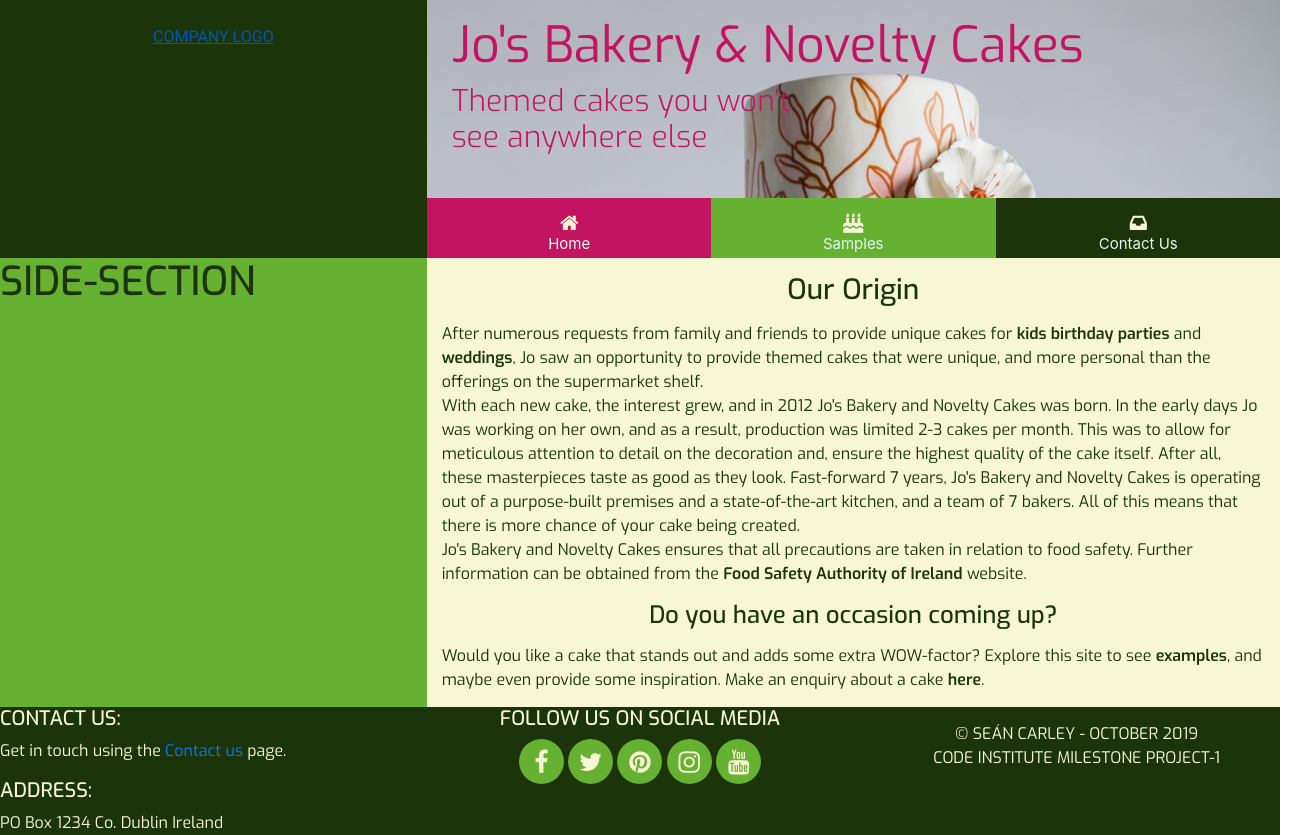
Repository: seanjcarley/Milestone1
Page: index.html
The author's editor kept a record of every edit. The page is drawn from the files as they stood at one moment, then again after the next edit.
The browser window is 1280 px wide. The page is 1295 px wide, so the pictures cover 1295 px, including what lies to the right of the window. The pictures show the whole page.

Above is the page before.

### index.html
<!DOCTYPE html>
<html lang="en">

<head>
    <meta charset="UTF-8">
    <meta name="viewport" content="width=device-width, initial-scale=1.0">
    <meta http-equiv="X-UA-Compatible" content="ie=edge">
    <link rel="stylesheet" href="https://stackpath.bootstrapcdn.com/bootstrap/4.3.1/css/bootstrap.min.css" type="text/css" />
    <link rel="stylesheet" href="https://stackpath.bootstrapcdn.com/font-awesome/4.7.0/css/font-awesome.min.css" type="text/css">
    <link rel="stylesheet" href="https://cdnjs.cloudflare.com/ajax/libs/hover.css/2.3.1/css/hover-min.css" type="text/css">
    <link rel="stylesheet" href="css/style.css">
    <title>Jo's Bakery and Novelty Cakes</title>
</head>

<body>
    <header>
        <div class="row no-gutters">
            <a href="#" class="col-md-4 logo">COMPANY LOGO</a>
            <div class="col-md-8 cake-image">
                <div class="row no-gutters">
                    <div class="col page-header">
                        <h1 class="name caps">Jo's Bakery & Novelty Cakes</h1>
                        <h2 class="tag-line caps">Themed cakes you won’t<br/>see anywhere else</h2>
                    </div>
                </div>
                <div class="row no-gutters">
                    <div class="col">
                        <ul id="nav" class="list-inline menucontainer">
                            <li class="col col-sm-4 menu-item-color-home list-inline-item menuitem">
                                <a class="hvr-sweep-to-right" href="index.html"><i class="fa fa-home" aria-hidden="true"></i><span>Home</span></a>
                            </li>
                            <li class="col col-sm-4 menu-item-color-samples list-inline-item menuitem">
                                <a class="hvr-sweep-to-right" href="showcase.html"><i class="fa fa-birthday-cake" aria-hidden="true"></i><span>Samples</span></a>
                            </li>
                            <li class="col col-sm-4 menu-item-color-contact list-inline-item menuitem">
                                <a class="hvr-sweep-to-right" href="contact.html"><i class="fa fa-inbox" aria-hidden="true"></i><span>Contact Us</span></a>
                            </li>
                        </ul>
                    </div>
                </div>
            </div>
        </div>
    </header>
    <section class="section-color">
        <div class="row no-gutters">
            <div class="col-md-4 side-section desktop">
                <h1>SIDE-SECTION</h1>
            </div>
            <div class="col-md-8 main-section">
                <!--<h1>MAIN-SECTION</h1>-->
                <h3 class="origin">Our Origin</h3>
                <p class="section-txt">
                    After numerous requests from family and friends to provide
                    unique cakes for <a href="#"><span class="bold">kids
                    birthday parties</span></a> and <a href="#"><span class="bold">weddings</span></a>,
                    Jo saw an opportunity to provide themed
                    cakes that were unique, and more personal than the offerings
                    on the supermarket shelf.
                    <br/> With each new cake, the interest grew, and in 2012 Jo's
                    Bakery and Novelty Cakes was born. In the early days Jo was
                    working on her own, and as a result, production was limited
                    2-3 cakes per month. This was to allow for meticulous
                    attention to detail on the decoration and, ensure the highest
                    quality of the cake itself. After all, these masterpieces
                    taste as good as they look. Fast-forward 7 years, Jo's Bakery
                    and Novelty Cakes is operating out of a purpose-built
                    premises and a state-of-the-art kitchen, and a team of 7 bakers.
                    All of this means that there is more chance of your cake being
                    created.
                    <br/> Jo's Bakery and Novelty Cakes ensures that all
                    precautions are taken in relation to food safety. Further
                    information can be obtained from the
                    <a href="https://www.fsai.ie/" target="_blank"><span class="bold">Food Safety Authority of Ireland</span></a> website.
                </p>
                <h4 class="question">Do you have an occasion coming up?</h4>
                <p class="section-txt">
                    Would you like a cake that stands out and adds some extra
                    WOW-factor? Explore this site to see <a href="#"><span class="bold">examples</span></a>,
                    and maybe even provide some inspiration. Make an enquiry about a cake <a href="#"><span class="bold">here</span></a>.
                </p>
            </div>
            <!--<div class="col-md-3 side-section desktop">
                <h1>SIDE-SECTION</h1>
            </div>-->
        </div>
    </section>
    <footer class="footer-color">
        <div class="row">
            <div class="col-md-4">
                <!--<h1>FOOTER1</h1>-->
                <h5 class="uppercase">Contact us: </h5>
                <p class="footer-text">Get in touch using the <a href="contact.html">Contact us</a> page.</p>
                <h5 class="uppercase">Address: </h5>
                PO Box 1234
                Co. Dublin
                Ireland
            </div>
            <div class="col-md-4 social">
                <!--<h1>FOOTER2</h1>-->
                <h5 class="uppercase">Follow us on Social Media</h5>
                <ul class="list-inline social-icons">
                    <li class="list-inline-item socialitem">
                        <a target="_blank" href="#">
                            <i class="fa fa-facebook" aria-hidden="true"></i>
                            <span class="sr-only">Facebook</span> <!-- This will be read by a screen reader. It does not show on the page -->
                        </a>
                    </li>
                    <li class="list-inline-item socialitem">
                        <a target="_blank" href="#">
                            <i class="fa fa-twitter" aria-hidden="true"></i>
                            <span class="sr-only">Twitter</span> <!-- This will be read by a screen reader. It does not show on the page -->
                        </a>
                    </li>
                    <!--<li class="list-inline-item socialitem">
                        <a target="_blank" href="#">
                            <i class="fa fa-linkedin" aria-hidden="true"></i>
                            <span class="sr-only">LinkedIn</span>
                        </a>
                    </li>-->
                    <li class="list-inline-item socialitem">
                        <a target="_blank" href="#">
                            <i class="fa fa-pinterest" aria-hidden="true"></i>
                            <span class="sr-only">Pinterest</span> <!-- This will be read by a screen reader. It does not show on the page -->
                        </a>
                    </li>
                    <li class="list-inline-item socialitem">
                        <a target="_blank" href="#">
                            <i class="fa fa-instagram" aria-hidden="true"></i>
                            <span class="sr-only">Instagram</span> <!-- This will be read by a screen reader. It does not show on the page -->
                        </a>
                    </li>
                    <li class="list-inline-item socialitem">
                        <a target="_blank" href="#">
                            <i class="fa fa-youtube" aria-hidden="true"></i>
                            <span class="sr-only">YouTube</span> <!-- This will be read by a screen reader. It does not show on the page -->
                        </a>
                    </li>
                </ul>
            </div>
            <div class="col-md-4 copyrite uppercase">
                <!--<h1>FOOTER3</h1>-->
                &copy; Seán Carley - October 2019
                <br/> Code Institute Milestone Project-1
            </div>
        </div>
    </footer>
</body>

</html>

### css/style.css
@import url('https://fonts.googleapis.com/css?family=Roboto:100,200,300,400,500,600,700|Exo:100,200,300,400,500,600,700');

/*----------------------------------------------------------------------------*/
/* Colours */
/*----------------------------------------------------------------------------*/

.menu-item-color-home {
    background-color: #C21460;
    color: #F7F7D4;
}

.menu-item-color-samples {
    background-color: #66B032;
    color: #F7F7D4;
}

.menu-item-color-contact {
    background-color: #1B3409;
    color: #F7F7D4;
}

.section-color {
    background-color: #F7F7D4;
    color: #1B3409;
}

.side-section {
    background-color: #66B032;
}

.footer-color {
    background-color: #1B3409;
    color: #F7F7D4;
}

/*----------------------------------------------------------------------------*/
/* Body */
/*----------------------------------------------------------------------------*/

body {
    margin: 0;
    min-height: 100%;
}

/*----------------------------------------------------------------------------*/
/* Header */
/*----------------------------------------------------------------------------*/

header {
    margin: 20;
    background-color: #fefe33;
}

.cake-image {
    background: url("../images/980x1123Slider_0004_Slider_2_Left.jpg");
    background-size: cover;
}

.page-header {
    margin-top: 15px;
    margin-bottom: 35px;
}

.name {
    font-family: "Exo", sans-serif;
    font-weight: 400;
    font-size: 50px;
    margin-left: 25px;
    color: #C21460;
}

.tag-line {
    font-family: "Exo", sans-serif;
    font-weight: 300;
    font-size: 30px;
    margin-left: 25px;
    color: #C21460;
    /*color: #66B032;*/
}

.logo {
    background: url("#");
    background-position: center;
    background-repeat: no-repeat;
    background-size: cover;
    background-color: #1B3409;
    font-family: "Roboto", sans-serif;
    text-align: center;
    padding-top: 25px;
    min-height: 240px;
}

.list-inline-item:not(:last-child) {
    margin-right: 0;
}

.menucontainer {
    font-size: 0;
}

#nav li {
    font-size: 14px;
    padding: 0;
}

#nav {
    margin: 0;
}

.menuitem {
    height: 60px;
    text-align: center;
    padding: 0;
}

.menuitem a {
    width: 100%;
    text-decoration: none;
    color: #defdef;
    height: 100%;
}

.menuitem a i {
    padding-top: 15px;
    display: block;
    color: #F7F7D4;;
    font-size: 20px;
}

.menuitem span {
    display: block;
    font-size: 15px;
}

.hvr-sweep-to-bottom:before,
.hvr-sweep-to-top:before,
.hvr-sweep-to-right:before {
    background: rgba(0, 0, 0, 0.2);
    height: 60px;
}

/*----------------------------------------------------------------------------*/
/* Index Section */
/*----------------------------------------------------------------------------*/

section {
    margin: 0;
    font-family: "Exo", sans-serif;
}

.main-section {
    padding-left: 15px;
}

.origin {
    text-align: center;
    padding-top: 15px;
}

.section-txt {
    margin: 15px;
}

.section-txt a {
    text-decoration: none;
    color: #1B3409;
}

.section-txt a:hover {
    color: #C21460;
}

.question {
    text-align: center;
}

/*----------------------------------------------------------------------------*/
/* Contact Section */
/*----------------------------------------------------------------------------*/

.form-heading {
    font-family: "Exo", sans-serif;
    font-weight: 500;
    margin-top: 25px;
    /*margin-bottom: ;*/
    text-align: center;
}

.center-form {
    padding-top: 10px;
    margin: 0 auto;
    max-width: 60%;
    text-align: center;
}

button[type="submit"] {
    margin-top: 15px;
    margin-bottom: 20px;
    color: #F7F7D4;
    background-color: #1B3409;
}

button[type="submit"]:hover {
    color: #66B032;
    background-color: #C21460;
    font-weight: 300;
     transition: all 0.35s ease-in-out;
    -moz-transition: all 0.35s ease-in-out;
    -webkit-transition: all 0.35s ease-in-out;
    -o-transition: all 0.35s ease-in-out;
}

#name-field {
    background-color: #66B032;
    color: #F7F7D4;
}

#email-field {
    background-color: #66B032;
    color: #F7F7D4;
}

/* Trying to overe ride the color of the placeholder text on the form */
/*#email-field:before {
    background-color: #66B032;
    color: #66B032;
}*/

#phone-field {
    background-color: #66B032;
    color: #F7F7D4;
}

#desc-field {
    background-color: #66B032;
    color: #F7F7D4;
}

#budget-field {
    background-color: #66B032;
    color: #F7F7D4;
}

/*----------------------------------------------------------------------------*/
/* Footer */
/*----------------------------------------------------------------------------*/

footer {
    margin: 0;
    font-family: "Exo", sans-serif;
}

.footer-text a {
    text-decoration: none;
}

.footer-txt a:hover {
    text-decoration: none;
    color: #1B3409;
}

.copyrite {
    text-align: center;
    margin-top: 15px;
    font-size: 100;
}

.social {
    text-align: center;
    /*margin-top: 15px;*/
}

/*.social-icons li a {

}*/

.social-icons li a i {
    width: 45px;
    height: 45px;
    padding: 6px 0;
    /*margin-top: 5px;*/
    border-radius: 50%;
    font-size: 25px;
    background-color: #66B032;
    color: #F7F7D4;
    text-align: center;
    line-height: 35px;
    transition: all 0.35s ease-in-out;
    -moz-transition: all 0.35s ease-in-out;
    -webkit-transition: all 0.35s ease-in-out;
    -o-transition: all 0.35s ease-in-out;
}

.social-icons li a i:hover {
    background-color: #C21460;
    color: #66B032;
}

.socialitem span {
    display: block;
    width: 100%;
    font-size: 35px;
}

.bold {
    font-weight: 600;
}

.uppercase {
    text-transform: uppercase;
}

/*----------------------------------------------------------------------------*/
/* Media Queries */
/*----------------------------------------------------------------------------*/

@media (max-width:767px) {
    .logo {
        display: none;
    }

    .page-header {
    margin-top: 15px;
    margin-bottom: 10px;
    color: #F7F7D4;
    }

    .desktop {
        display: none;
    }
}

After the next edit:
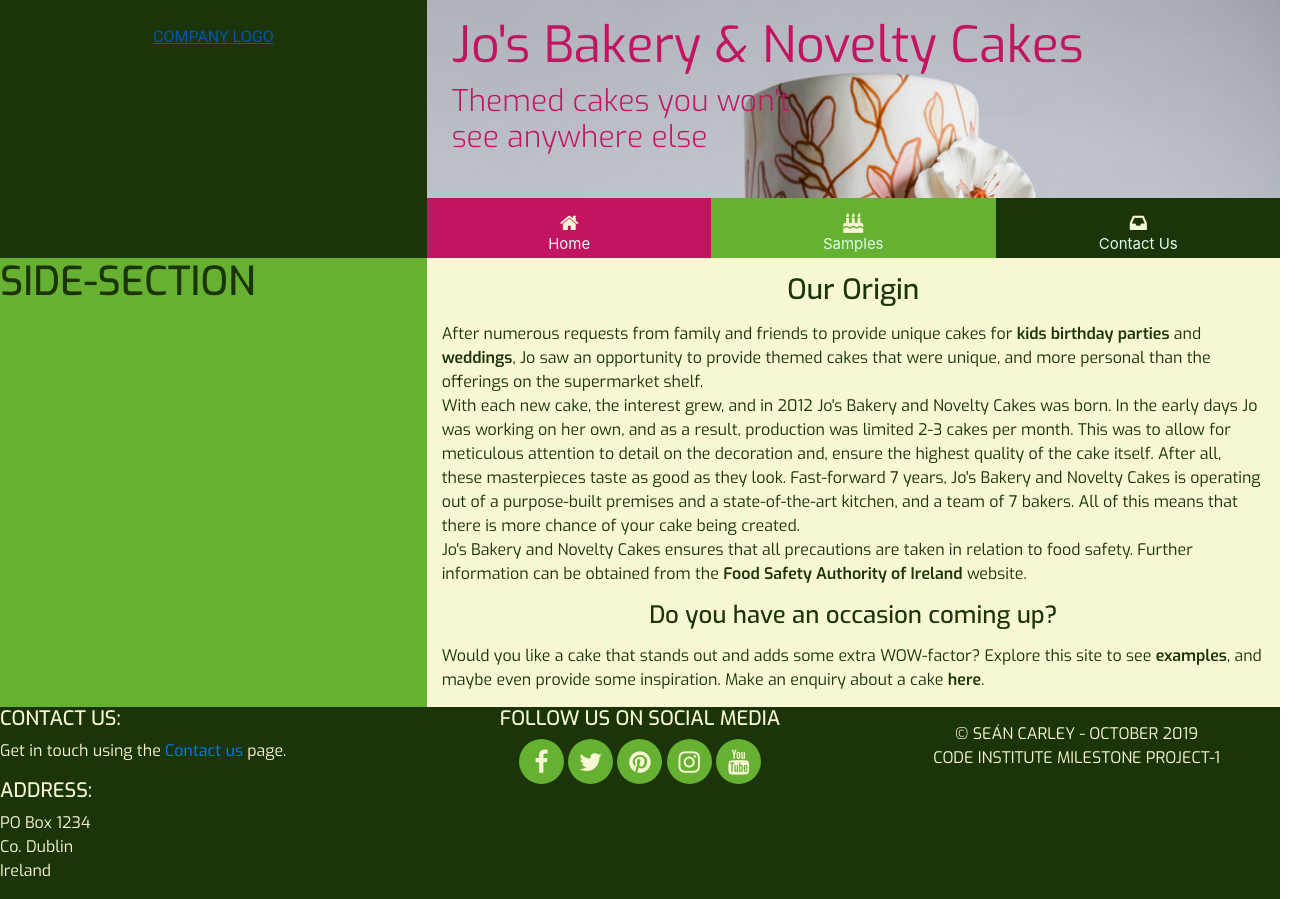
The edit:
--- a/index.html
+++ b/index.html
@@ -91,9 +91,11 @@
                 <h5 class="uppercase">Contact us: </h5>
                 <p class="footer-text">Get in touch using the <a href="contact.html">Contact us</a> page.</p>
                 <h5 class="uppercase">Address: </h5>
-                PO Box 1234
-                Co. Dublin
-                Ireland
+                <p class="footer-text">
+                    PO Box 1234<br/>
+                    Co. Dublin<br/>
+                    Ireland
+                </p>
             </div>
             <div class="col-md-4 social">
                 <!--<h1>FOOTER2</h1>-->
